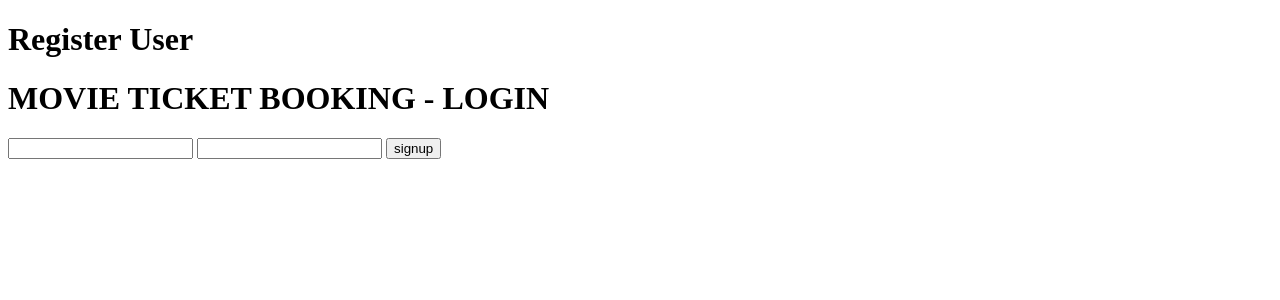
Repository: satishkumarms/WorkSpace
Page: http://localhost/MovieTicketBooking/login
These files come from the project's save history. The page is drawn as it stood at one moment and after the next save; the edit follows.
The browser window is 1280 px wide. The pictures show the whole page.
The page is served by Tomcat 9.

Above is the page before, as saved 2018-07-21 11:29:00.

After the next save:
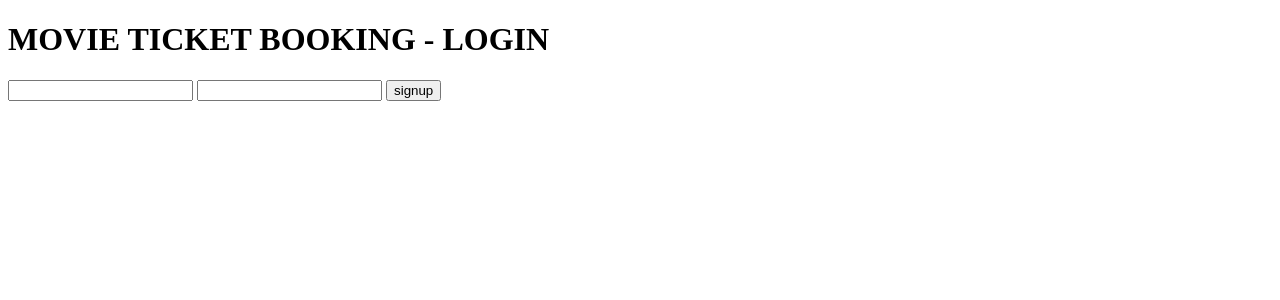
Saved 42 s later.
--- a/MovieTicketBooking/WebContent/login.jsp
+++ b/MovieTicketBooking/WebContent/login.jsp
@@ -25,8 +25,6 @@ function checklogin(valuser) {
  </script>
 </head>
 <body>
-<h1> Register User</h1>
-
 
 
 <h1>MOVIE TICKET BOOKING - LOGIN</h1>
